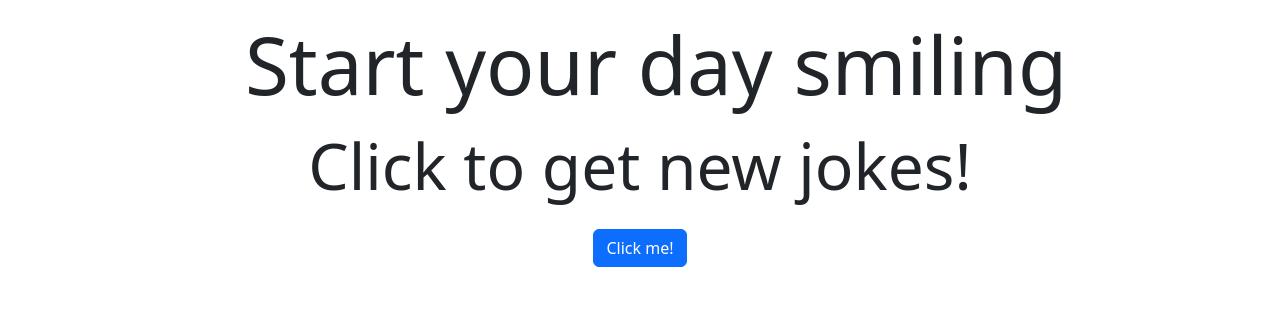
Repository: danieltikamori/wdb
Page: projects/Joke Machine/index.html
These files come from the project's save history. The page is drawn as it stood at one moment and after the next save; the edit follows.
The browser window is 1280 px wide. The pictures show the whole page.
Some web libraries are served in a nearby version.

Above is the page before, as saved 2023-01-28 18:12:00.

### projects/Joke Machine/index.html
<!DOCTYPE html>
<html lang="en">
<head>
  <meta charset="UTF-8">
  <meta http-equiv="X-UA-Compatible" content="IE=edge">
  <meta name="viewport" content="width=device-width, initial-scale=1.0">
  <title>Joke Machine</title>
  <link href="https://cdn.jsdelivr.net/npm/bootstrap@5.3.0-alpha1/dist/css/bootstrap.min.css" rel="stylesheet" integrity="sha384-GLhlTQ8iRABdZLl6O3oVMWSktQOp6b7In1Zl3/Jr59b6EGGoI1aFkw7cmDA6j6gD" crossorigin="anonymous">
</head>
<body>
  <div class="container text-center">
    <h1 class="m-3 container-fluid display-1">Start your day smiling</h1>
    <h2 class="container-fluid display-3">Click to get new jokes!</h2>
    <button id="jokeButton" class="btn btn-primary m-3">Click me!</button>
    <ul id="jokes"></ul>
  </div>

  <script src="https://cdn.jsdelivr.net/npm/bootstrap@5.3.0-alpha1/dist/js/bootstrap.bundle.min.js" integrity="sha384-w76AqPfDkMBDXo30jS1Sgez6pr3x5MlQ1ZAGC+nuZB+EYdgRZgiwxhTBTkF7CXvN" crossorigin="anonymous"></script><script src="https://cdn.jsdelivr.net/npm/bootstrap@5.3.0-alpha1/dist/js/bootstrap.bundle.min.js" integrity="sha384-w76AqPfDkMBDXo30jS1Sgez6pr3x5MlQ1ZAGC+nuZB+EYdgRZgiwxhTBTkF7CXvN" crossorigin="anonymous"></script>
  <script src="https://cdn.jsdelivr.net/npm/axios@1.1.2/dist/axios.min.js"></script>
  <script src="app.js"></script>
</body>
</html>

### projects/Joke Machine/app.js
const jokes = document.querySelector("#jokes");
const button = document.querySelector("#jokeButton");

const addNewJoke = async () => {
  const jokeText = await getDadJoke();
  const newLI = document.createElement("LI");
  newLI.append(jokeText);
  jokes.append(newLI);
};

const getDadJoke = async () => {
  try {
    const config = { headers: { Accept: "application/json" } };
    const response = await axios.get("https://icanhazdadjoke.com/", config);
    return response.data.joke;
  } catch (err) {
    return "No jokes available! Try again another time!";
  }
};
button.addEventListener("click", addNewJoke); //Event listener must be after the function

After the next save:
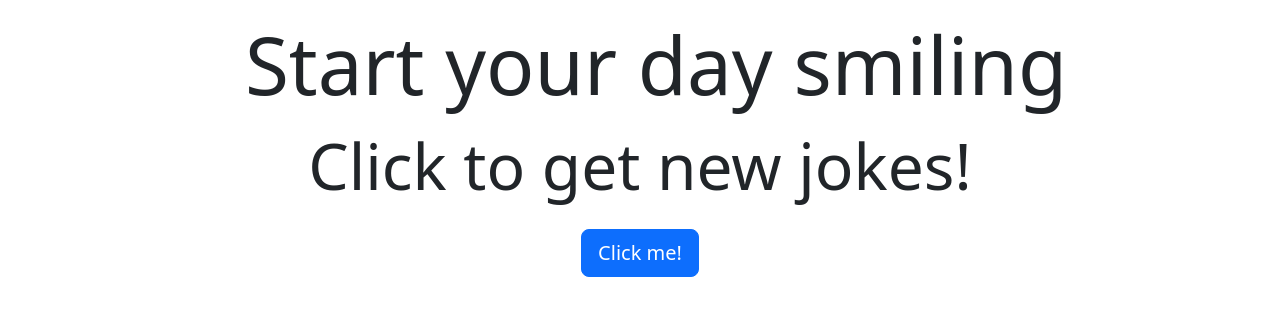
Saved 48 s later.
--- a/projects/Joke Machine/index.html
+++ b/projects/Joke Machine/index.html
@@ -11,7 +11,7 @@
   <div class="container text-center">
     <h1 class="m-3 container-fluid display-1">Start your day smiling</h1>
     <h2 class="container-fluid display-3">Click to get new jokes!</h2>
-    <button id="jokeButton" class="btn btn-primary m-3">Click me!</button>
+    <button id="jokeButton" class="btn btn-primary btn-lg m-3">Click me!</button>
     <ul id="jokes"></ul>
   </div>
 
